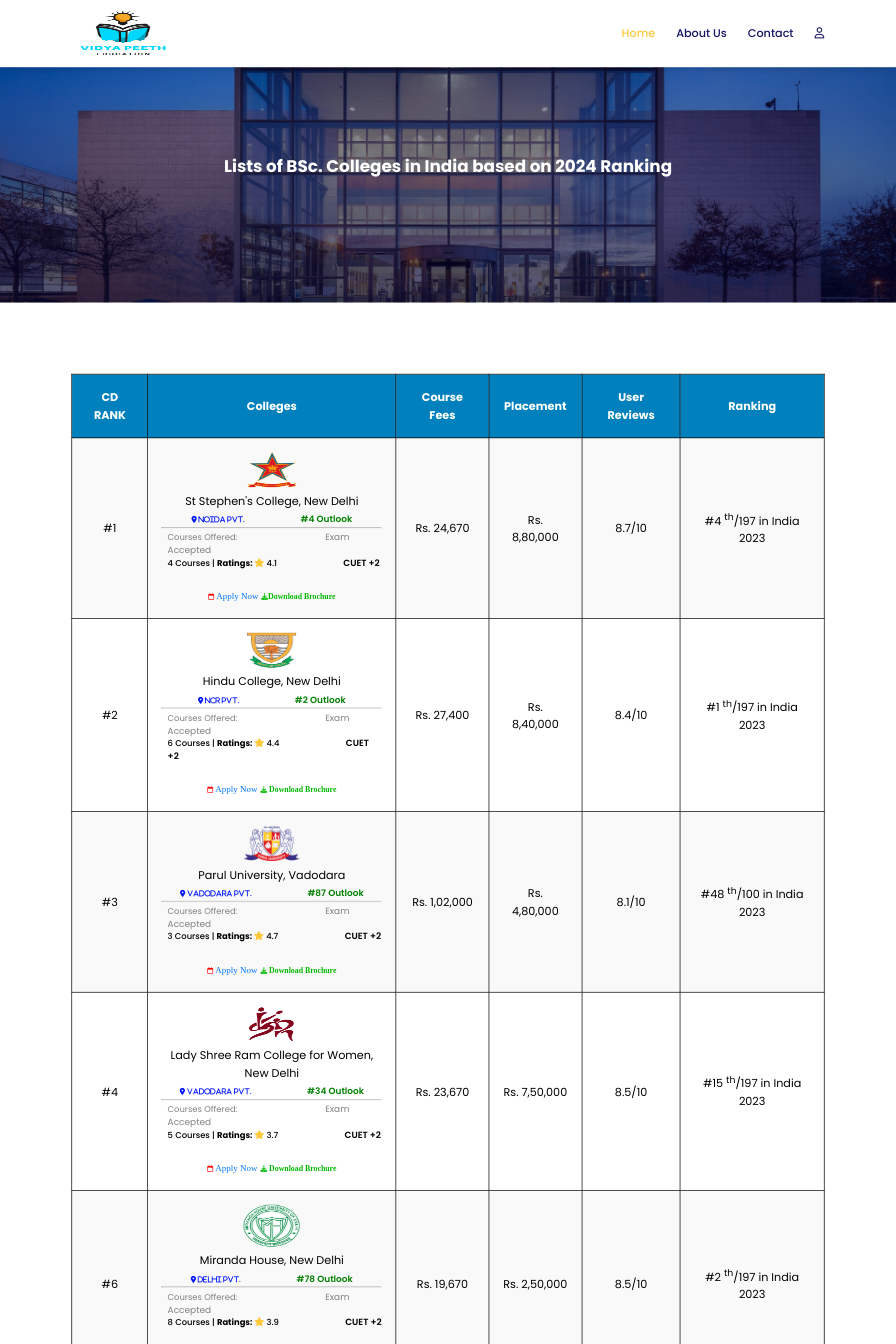
Repository: NamanSahu09/VidyaPreet-Ed-Tech-Website
Page: bsc.html
These files come from the project's save history. The page is drawn as it stood at one moment and after the next save; the edit follows.
The browser window is 1280 px wide. The pictures show the part of the page from y = 0 to 1920 px (the page is 3787 px tall before and 3774 px after), at 70% of full size.
Some web libraries are served in a nearby version.

Above is the page before, as saved 2024-04-15 01:14:09.

### bsc.html
<!DOCTYPE html>
<html lang="en">
<head>
	<meta charset="UTF-8">
	<meta name="viewport" content="width=device-width, initial-scale=1.0">
	<title>Top BSc Colleges in India</title>
	<link rel="shortcut icon" href="img/Vidya peeth.png">
	<!-- font Awesome CDN link -->
	<link rel="stylesheet" href="https://cdnjs.cloudflare.com/ajax/libs/font-awesome/6.1.1/css/all.min.css" />

	<!-- External CSS -->
	<!-- <link rel="stylesheet" href="style.css"> -->
	<!-- <link rel="stylesheet" href="about.css"> -->
	<link rel="stylesheet" href="bsc.css">



	<!-- JQuery CDN link -->
	<script src="https://code.jquery.com/jquery-3.6.0.min.js" integrity="sha256-/xUj+3OJU5yExlq6GSYGSHk7tPXikynS7ogEvDej/m4=" crossorigin="anonymous"></script>
</head>
<body>
	<!-- Navigation start -->
	<nav>
		<img src="img/Vidya peeth.png" class="logo" alt="" height="70px"  width="250px"/>

		<div class="navigation">
			<ul>
				<i id="menu-close" class="fas fa-times"></i>
				<li><a href="index.html" class="active">Home</a></li>
				<li><a href="about.html">About Us</a></li>
				<!-- <li><a href="courses.html">Courses</a></li> -->
				<li><a href="contact.html">Contact</a></li>
				<li><a href="#">
					<i class="far fa-user"></i>
					</a>
				</li>


			</ul>

			<img src="img/menu.png" id="menu-btn" alt="">
		</div>
	</nav>
	<!-- Navigation ends -->



  <!-- login sign-up-form -->

  <div class="form">
    <!-- login -->
    <div class="login-form">

      <!-- cancel-btn -->

      <a href="#" class="form-cancel">
        <i class="fas fa-times"></i>
      </a>


      <strong>Log In</strong>
      <!-- inputs -->
      <form >
        <input type="email" placeholder="Example@gmail.com" name="email" required>
        <input type="password" placeholder="Password" name="password" required>
        <!-- submit-btn -->
        <input type="submit" value="Log In">
      </form>

      <!-- Forget-and-signup -->
      <div class="form-btns">
          <a href="#" class="forget">Forget Your Password?</a>
          <a href="#" class="sign-up-btn">Create Account</a>
    </div>

    </div>




     <!-- Sign Up -->
     <div class="sign-up-form">

      <!-- cancel-btn -->

      <a href="#" class="form-cancel">
        <i class="fas fa-times"></i>
      </a>


      <strong>Sign In</strong>
      <!-- inputs -->
      <form >
        <input type="text" placeholder="Full Name" name="fullname" required>
        <input type="email" placeholder="Example@gmail.com" name="email" required>
        <input type="password" placeholder="Password" name="password" required>
        <!-- submit-btn -->
        <input type="submit" value="Sign Up">
      </form>

      <!-- Forget-and-signup -->
      <div class="form-btns">
          <a href="#" class="already-acount">Already have Account?</a>
    </div>

    </div>

  </div>







	<!-- Hero section starts from here -->
	<section id="about-home">
		<h2>
			Lists of BSc. Colleges in India based on 2024 Ranking
		</h2>
	</section>
	<!-- Hero section ends from here -->


	<section id="contact">

		<div class="table-container">
		<table  class="custom-table">
			<tr align="center">
	<th>CD RANK</th>
	<th>Colleges</th>
	<th>Course Fees</th>
	<th>Placement</th>
	<th>User Reviews</th>
	<th>Ranking</th>
	</tr>

	<tr align="center">
	<td>#1</td>
	<td>

		<div class="container-wrapper">

			<div class="container1">
				<img src="img/Crest_of_St.Stephens_Coll,_UOD.svg.png" alt="logo" height="50px" width="70px">
			</div>

			<div class="container2">
				<a href="https://www.ststephens.edu/">St Stephen's College, New Delhi</a><br>
		   <i class="fa-solid fa-location-dot " style="font-size: 10px; "> Noida Pvt. </i>
		   <span style="color: green; font-weight: 600; margin-left: 24%;"> #4 Outlook</span>
			</div>
		</div>

		<hr>


	<p style="font-size: 12px; color: grey; margin-left: 0.5rem; margin-top: 4px;" align="left">Courses Offered:
	<span class="between">Exam Accepted</span>
	</p>
	<p align="left" style="margin-left: 0.5rem; font-size: 12px; font-weight: 500; ">4 Courses |
			<b>Ratings: </b><i align="left" class="fa-solid fa-star"></i> 4.1
			<span class="between1">CUET +2</span>
	</p>

<br>

	<i class="fa-regular fa-calendar" align="left"><a href="https://www.ststephens.edu/"> Apply Now </a></i>
	<i class="fa-solid fa-download"><a href="js files/st_stephens.pdf" download>Download Brochure</a></i>






	</td>

	<td>Rs. 24,670</td>
	<td>Rs. 8,80,000</td>
	<td>8.7/10</td>
	<td>#4 <sup>th</sup>/197 in India 2023 </td>
	</tr>

	<tr align="center">
	<td>#2</td>


	<td>


		<div class="container-wrapper">

			<div class="container1">
				<img src="logos/hansraj.png" alt="logo" height="50px" width="70px">
			</div>

			<div class="container2">
				<a href="https://hinducollege.ac.in/">Hindu College, New Delhi  </a><br>
		   <i class="fa-solid fa-location-dot " style="font-size: 10px; "> NCR Pvt. </i>
		   <span style="color: green; font-weight: 600; margin-left: 24%;"> #2 Outlook</span>
			</div>
		</div>

		<hr>


	<p style="font-size: 12px; color: grey; margin-left: 0.5rem; margin-top: 4px;" align="left">Courses Offered:
	<span class="between">Exam Accepted</span>
	</p>
	<p align="left" style="margin-left: 0.5rem; font-size: 12px; font-weight: 500; ">6 Courses |
			<b>Ratings: </b><i align="left" class="fa-solid fa-star"></i> 4.4
			<span class="between1">CUET +2</span>
	</p>

<br>

	<i class="fa-regular fa-calendar" align="left"><a href="https://www.ststephens.edu/"> Apply Now </a></i>
	<i class="fa-solid fa-download" ><a href=""> Download Brochure </a></i>


		</td>
	<td>Rs. 27,400</td>
	<td>Rs. 8,40,000</td>
	<td>8.4/10</td>
	<td>#1 <sup>th</sup>/197 in India 2023 </td>



	</tr>	<tr align="center">
	<td>#3</td>
	<td>


		<div class="container-wrapper">

			<div class="container1">
				<img src="logos/parul.png" alt="logo" height="50px" width="80px">
			</div>

			<div class="container2">

		<a href="https://paruluniversity.ac.in/">Parul University, Vadodara</a><br>
		   <i class="fa-solid fa-location-dot " style="font-size: 10px; "> Vadodara Pvt. </i>
		   <span style="color: green; font-weight: 600; margin-left: 24%;"> #87 Outlook</span>
			</div>
		</div>

		<hr>


	<p style="font-size: 12px; color: grey; margin-left: 0.5rem; margin-top: 4px;" align="left">Courses Offered:
	<span class="between">Exam Accepted</span>
	</p>
	<p align="left" style="margin-left: 0.5rem; font-size: 12px; font-weight: 500; ">3 Courses |
			<b>Ratings: </b><i align="left" class="fa-solid fa-star"></i> 4.7
			<span class="between1">CUET +2</span>
	</p>

<br>

	<i class="fa-regular fa-calendar" align="left"><a href="https://www.ststephens.edu/"> Apply Now </a></i>
	<i class="fa-solid fa-download" ><a href=""> Download Brochure </a></i>

	</td>

	<td>Rs. 1,02,000</td>
	<td>Rs. 4,80,000</td>
	<td>8.1/10</td>
	<td>#48 <sup>th</sup>/100 in India 2023 </td>
	</tr>


		<tr align="center">


	<td>#4</td>


	<td>

		<div class="container-wrapper">

			<div class="container1">
				<img src="logos/Lady_Shri_Ram_College_for_Women.svg.png" alt="logo" height="50px" width="70px">
			</div>

			<div class="container2">

				<a href="https://lsr.edu.in/">Lady Shree Ram College for Women, New Delhi</a><br>
		   <i class="fa-solid fa-location-dot " style="font-size: 10px; "> Vadodara Pvt. </i>
		   <span style="color: green; font-weight: 600; margin-left: 24%;"> #34 Outlook</span>
			</div>
		</div>

		<hr>


	<p style="font-size: 12px; color: grey; margin-left: 0.5rem; margin-top: 4px;" align="left">Courses Offered:
	<span class="between">Exam Accepted</span>
	</p>
	<p align="left" style="margin-left: 0.5rem; font-size: 12px; font-weight: 500; ">5 Courses |
			<b>Ratings: </b><i align="left" class="fa-solid fa-star"></i> 3.7
			<span class="between1">CUET +2</span>
	</p>

<br>

	<i class="fa-regular fa-calendar" align="left"><a href="https://www.ststephens.edu/"> Apply Now </a></i>
	<i class="fa-solid fa-download" ><a href=""> Download Brochure </a></i>



	</td>
	<td>Rs. 23,670</td>
	<td>Rs. 7,50,000</td>
	<td>8.5/10</td>
	<td>#15 <sup>th</sup>/197 in India 2023 </td>


	</tr>	<tr align="center">
	<td>#6</td>

	<td>



		<div class="container-wrapper">

			<div class="container1">
				<img src="logos/mirinda ud_logo1.png" alt="logo" height="60px" width="80px">
			</div>

			<div class="container2">

				<a href="https://www.mirandahouse.ac.in/">Miranda House, New Delhi</a><br>
		   <i class="fa-solid fa-location-dot " style="font-size: 10px; "> Delhi Pvt. </i>
		   <span style="color: green; font-weight: 600; margin-left: 24%;"> #78 Outlook</span>
			</div>
		</div>

		<hr>


	<p style="font-size: 12px; color: grey; margin-left: 0.5rem; margin-top: 4px;" align="left">Courses Offered:
	<span class="between">Exam Accepted</span>
	</p>
	<p align="left" style="margin-left: 0.5rem; font-size: 12px; font-weight: 500; ">8 Courses |
			<b>Ratings: </b><i align="left" class="fa-solid fa-star"></i> 3.9
			<span class="between1">CUET +2</span>
	</p>

<br>

	<i class="fa-regular fa-calendar" align="left"><a href="https://www.ststephens.edu/"> Apply Now </a></i>
	<i class="fa-solid fa-download" ><a href=""> Download Brochure </a></i>









	</td>
	<td>Rs. 19,670</td>
	<td>Rs. 2,50,000</td>
	<td>8.5/10</td>
	<td>#2 <sup>th</sup>/197 in India 2023 </td>
	</tr>
	<tr align="center">

	<td>#7</td>



	<td>

		<div class="container-wrapper">

			<div class="container1">
				<img src="logos/loyola.png" alt="logo" height="70px" width="80px">
			</div>

			<div class="container2">

				<a href="https://www.loyolacollege.edu/">Loyola College, Chennai</a><br>
		   <i class="fa-solid fa-location-dot " style="font-size: 10px; "> Madurai Pvt. </i>
		   <span style="color: green; font-weight: 600; margin-left: 24%;"> #7 Outlook</span>
			</div>
		</div>

		<hr>


	<p style="font-size: 12px; color: grey; margin-left: 0.5rem; margin-top: 4px;" align="left">Courses Offered:
	<span class="between">Exam Accepted</span>
	</p>
	<p align="left" style="margin-left: 0.5rem; font-size: 12px; font-weight: 500; ">2 Courses |
			<b>Ratings: </b><i align="left" class="fa-solid fa-star"></i> 4.23
			<span class="between1">CUET +2</span>
	</p>

<br>

	<i class="fa-regular fa-calendar" align="left"><a href="https://www.ststephens.edu/"> Apply Now </a></i>
	<i class="fa-solid fa-download" ><a href=""> Download Brochure </a></i>







	</td>
	<td>Rs. 24,670</td>
	<td>Rs. 8,80,000</td>
	<td>8.7/10</td>
	<td>#4 <sup>th</sup>/197 in India 2023 </td>
	</tr>
	<tr align="center">


	<td>#8</td>



	<td>


		<div class="container-wrapper">

			<div class="container1">
				<img src="logos/madras.png" alt="logo" height="60px" width="80px">
			</div>

			<div class="container2">

				<a href="https://mcc.edu.in/">Madras Christian College, Chennai</a><br>
		   <i class="fa-solid fa-location-dot " style="font-size: 10px; "> Chennai Pvt. </i>
		   <span style="color: green; font-weight: 600; margin-left: 24%;"> #9 Outlook</span>
			</div>
		</div>

		<hr>


	<p style="font-size: 12px; color: grey; margin-left: 0.5rem; margin-top: 4px;" align="left">Courses Offered:
	<span class="between">Exam Accepted</span>
	</p>
	<p align="left" style="margin-left: 0.5rem; font-size: 12px; font-weight: 500; ">1 Courses |
			<b>Ratings: </b><i align="left" class="fa-solid fa-star"></i> 3.4
			<span class="between1">CUET +2</span>
	</p>

<br>

	<i class="fa-regular fa-calendar" align="left"><a href="https://www.ststephens.edu/"> Apply Now </a></i>
	<i class="fa-solid fa-download" ><a href=""> Download Brochure </a></i>







	</td>



	<td>Rs. 48,670</td>
	<td>Rs. 5,00,000</td>
	<td>8.6/10</td>
	<td>#7 <sup>th</sup>/197 in India 2023 </td>

	</tr>

	<tr align="center">


	<!-- <td>#9</td>
	<td>Hansraj College, New Delhi</td>


	<td>Rs. 24,655</td>
	<td>Rs. 7,90,000</td>
	<td>8.4/10</td>
	<td>#4 <sup>th</sup>/197 in India 2023 </td>
	</tr>	 -->



	<tr align="center">
	<td>#9</td>
	<td>



		<div class="container-wrapper">

			<div class="container1">
				<img src="logos/presidency.png" alt="logo" height="60px" width="80px">
			</div>

			<div class="container2">

				<a href="www.presidencycollegechennai.ac.in">Presidency College, Chennai</a><br>
		   <i class="fa-solid fa-location-dot " style="font-size: 10px; "> Madurai Pvt. </i>
		   <span style="color: green; font-weight: 600; margin-left: 24%;"> #7 Outlook</span>
			</div>
		</div>

		<hr>


	<p style="font-size: 12px; color: grey; margin-left: 0.5rem; margin-top: 4px;" align="left">Courses Offered:
	<span class="between">Exam Accepted</span>
	</p>
	<p align="left" style="margin-left: 0.5rem; font-size: 12px; font-weight: 500; ">5 Courses |
			<b>Ratings: </b><i align="left" class="fa-solid fa-star"></i> 4.2
			<span class="between1">CUET +2</span>
	</p>

<br>

	<i class="fa-regular fa-calendar" align="left"><a href="https://www.ststephens.edu/"> Apply Now </a></i>
	<i class="fa-solid fa-download" ><a href=""> Download Brochure </a></i>
















	</td>
	<td>Rs. 1,270</td>
	<td> - </td>
	<td>8/10</td>
	<td > - </td>
	</tr>

	<tr align="center">

	<td>#10</td>


	<td>


		<div class="container-wrapper">

			<div class="container1">
				<img src="logos/saintxavier.png" alt="logo" height="60px" width="80px">
			</div>

			<div class="container2">

				<a href="https://www.sxccal.edu">St Xavier's College, Kolkata</a><br>
		   <i class="fa-solid fa-location-dot " style="font-size: 10px; "> Calcutta Pvt. </i>
		   <span style="color: green; font-weight: 600; margin-left: 24%;"> #14 Outlook</span>
			</div>
		</div>

		<hr>


	<p style="font-size: 12px; color: grey; margin-left: 0.5rem; margin-top: 4px;" align="left">Courses Offered:
	<span class="between">Exam Accepted</span>
	</p>
	<p align="left" style="margin-left: 0.5rem; font-size: 12px; font-weight: 500; ">4 Courses |
			<b>Ratings: </b><i align="left" class="fa-solid fa-star"></i> 4.3
			<span class="between1">CUET +2</span>
	</p>

<br>

	<i class="fa-regular fa-calendar" align="left"><a href="https://www.ststephens.edu/"> Apply Now </a></i>
	<i class="fa-solid fa-download" ><a href=""> Download Brochure </a></i>









	</td>
	<td>Rs. 60,500</td>
	<td>Rs. 9,80,000</td>
	<td>8.7/10</td>
	<td>#7 <sup>th</sup>/60 in India 2023 </td>
	</tr>


	</table>

</div>










	</section>






<!--
	<section id="map">
		<iframe src="https://www.google.com/maps/embed?pb=!1m18!1m12!1m3!1d30711686.029386617!2d64.41853642919325!3d20.009139591170264!2m3!1f0!2f0!3f0!3m2!1i1024!2i768!4f13.1!3m3!1m2!1s0x30635ff06b92b791%3A0xd78c4fa1854213a6!2sIndia!5e0!3m2!1sen!2sin!4v1652012148253!5m2!1sen!2sin" style="border:0;" allowfullscreen="" loading="lazy" referrerpolicy="no-referrer-when-downgrade"></iframe>
	</section> -->


	<!-- Footer section starts from here -->
	<footer>
		<div class="footer-col">
			<h3>Top Exams</h3>
			<li>JEE Main 2024</li>
			<li>CAT 2024</li>
			<li>NEET 2024</li>
			<li>GATE 2024</li>

		</div>

		<div class="footer-col">
			<h3>College</h3>
			<li>Top Colleges in India</li>
			<li>Top Engineering Colleges in <br>India</li>
			<li>Top MBA Colleges in India</li>
			<li>Top Medical Colleges</li>
		</div>

		<div class="footer-col">
			<h3>Predictors & Ebooks</h3>
			<li>CAT Percentile Predictor</li>
			<li>JEE Main College Predictor</li>
			<li>CAT College Predictor</li>
			<li>NEET College Predictor</li>
			<li>College Predictor</li>
		</div>

		<div class="footer-col">
			<h3>Resources</h3>
			<li>B. Tech Companion</li>
			<li>MBBS Companion</li>
			<li>NCERT</li>
			<li>Schools</li>
			<li>Courses</li>
			<li>Councelling Webinars</li>
		</div>

		<div class="footer-col">
			<h3>Newsletter</h3>
			<p>You can trust us. we only send promo offers.</p>

			<div class="subscribe">
				<input type="email" placeholder="Your email Address">
				<a href="#" class="yellow">SUBSCRIBE</a>
			</div>
		</div>

		<div class="copyright">
			<p align="center">
				Copyright &copy; 2024 Naman Publishing Pvt Ltd.
			</p>
			<div class="pro-links">
				<i class="fab fa-facebook"></i>
				<i class="fab fa-instagram"></i>
				<i class="fab fa-linkedin-in"></i>
			</div>
		</div>
	</footer>
	<!-- Footer section ends from here -->

	<script>
		// Show menu links on burger click
		$('#menu-btn').click(function(){
			$('nav .navigation ul').addClass('active')
		});

		// Hide navbar on click function
		$('#menu-close').click(function(){
			$('nav .navigation ul').removeClass('active')
		});

 /*---For Login and Sign-up----------------------------*/

 $(document).on('click', '.far.fa-user', function(){
    $('.form').addClass('login-active').removeClass('sign-up-active');
});

$(document).on('click', '.sign-up-btn', function(){
    $('.form').removeClass('login-active').addClass('sign-up-active');
});

$(document).on('click', '.form-cancel', function(){
    $('.form').removeClass('login-active').removeClass('sign-up-active');
});

$(document).on('click', '.already-acount', function(){
    $('.form').addClass('login-active').removeClass('sign-up-active');
});


	</script>

</body>
</html>

Loaded but not shown: bsc.css (709 lines, source omitted)

After the next save:
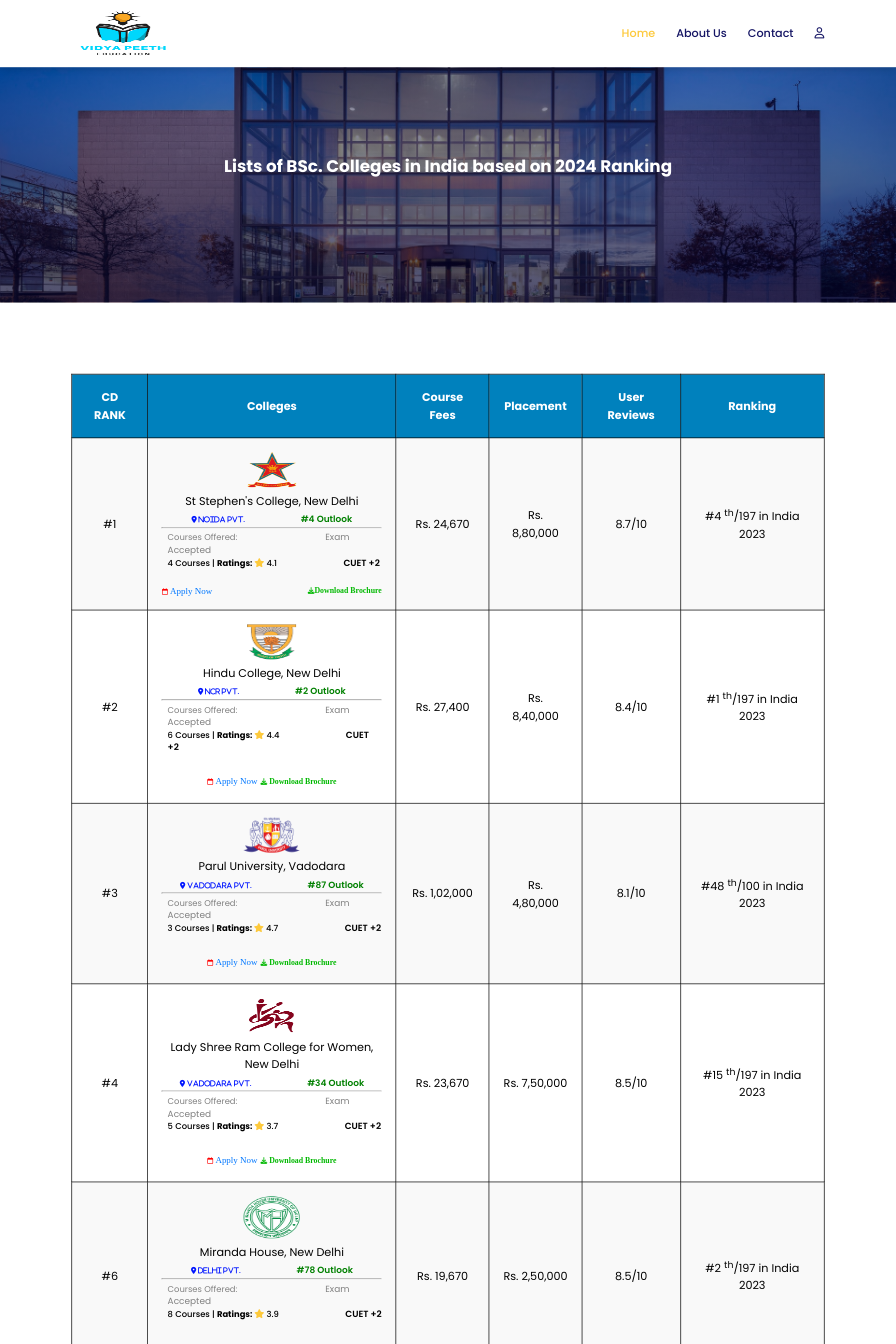
Saved 59 s later.
--- a/bsc.html
+++ b/bsc.html
@@ -164,11 +164,12 @@
 	</p>
 
 <br>
-
-	<i class="fa-regular fa-calendar" align="left"><a href="https://www.ststephens.edu/"> Apply Now </a></i>
+<div class="downloadd">
+
+	<i class="fa-regular fa-calendar" align="left"><a href="https://christuniversity.in/"> Apply Now </a></i>
 	<i class="fa-solid fa-download"><a href="js files/st_stephens.pdf" download>Download Brochure</a></i>
 
-
+</div>
 
 
 
